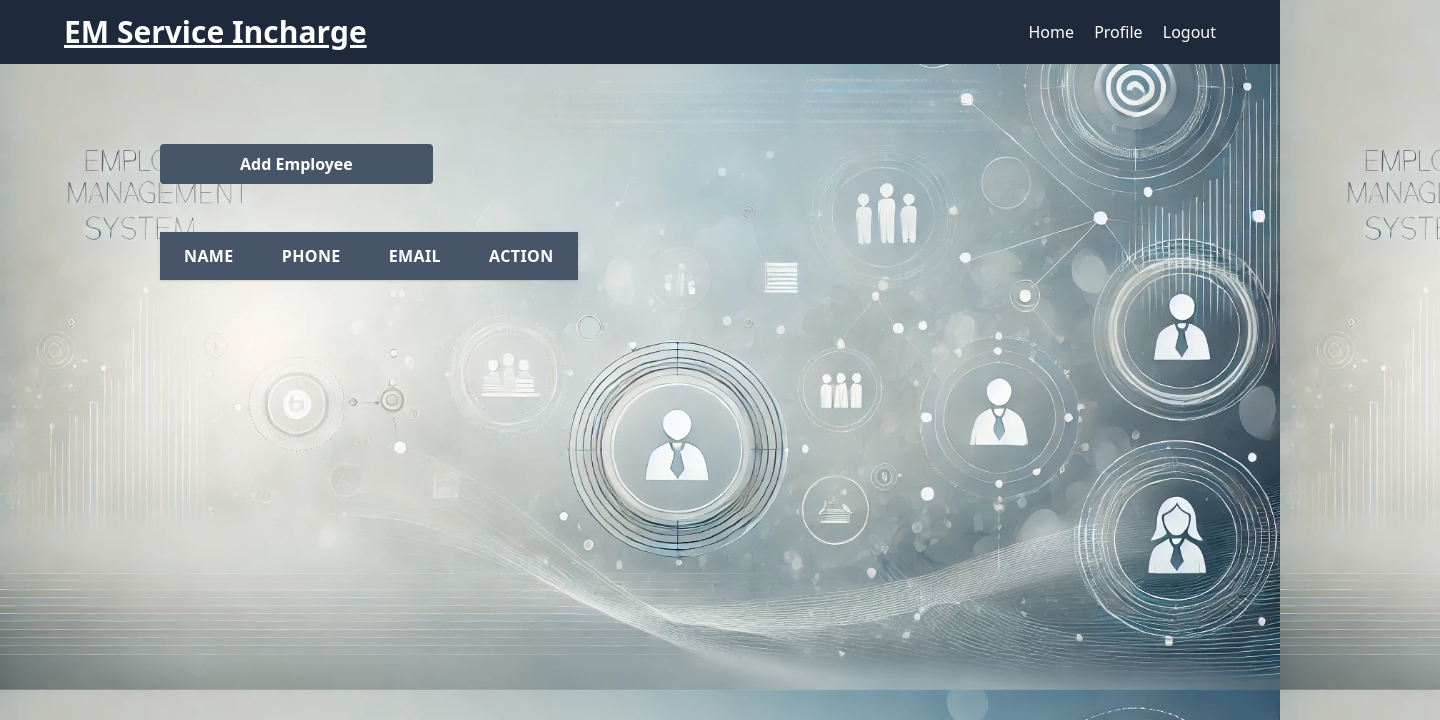
Repository: Vaibhav979/EmployeeManagement-Spring
Page: / (app in em-project-view/)
The author's editor kept a copy of each file at every save. The page is drawn from the files as they stood at one save, then again after the next save.
The browser window is 1280 px wide. The page is 1440 px wide, so the pictures cover 1440 px, including what lies to the right of the window. The pictures show the whole page.
The page's requests for data from a server got no answer. The project was rebuilt for these pictures with package versions that can differ from the ones it lists, and the page was loaded fresh each time. No one was signed in, and anything a server would have sent is missing. Also part of the build but not shown: em-project-view/vite.config.js, em-project-view/src/components/AddEmployee.jsx.

Above is the page before, as saved 2025-01-03 23:37:24.

After the next save:
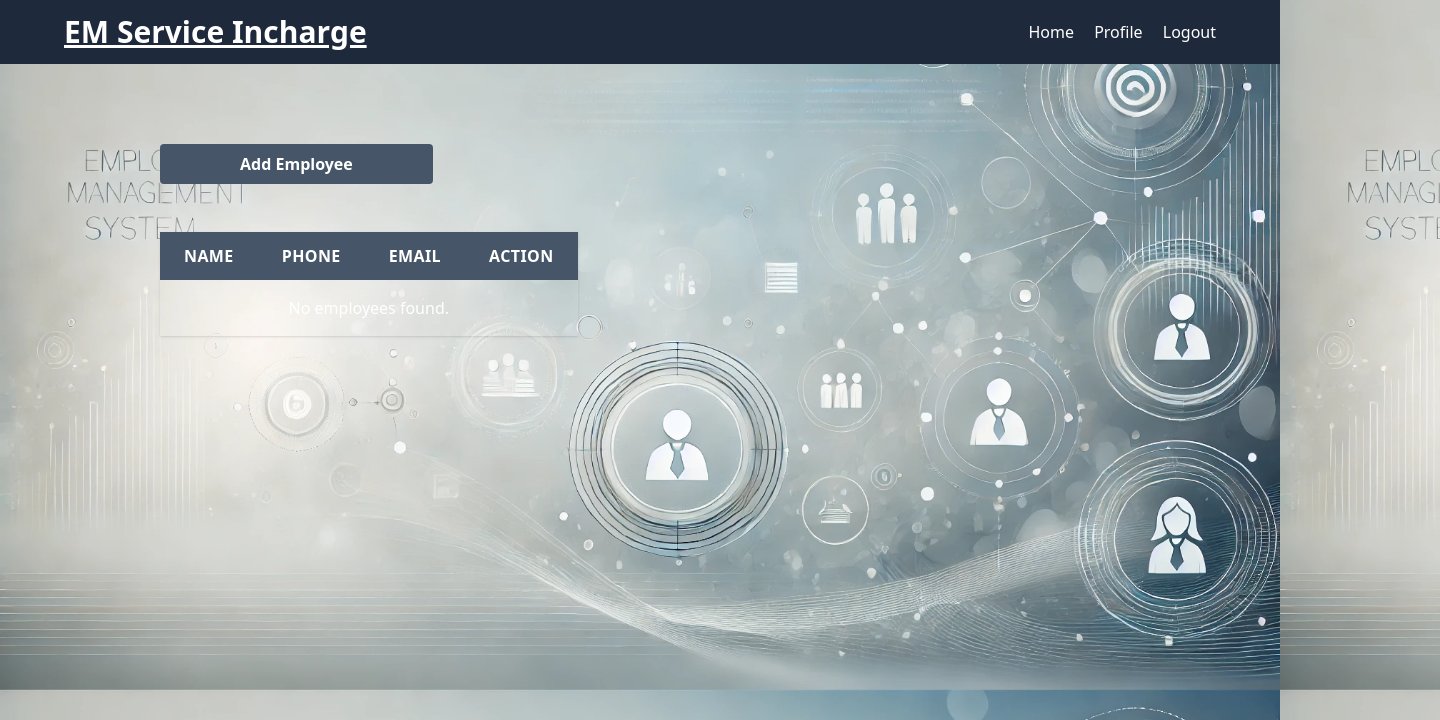
Saved 58 s later.
--- a/em-project-view/src/components/EmployeeList.jsx
+++ b/em-project-view/src/components/EmployeeList.jsx
@@ -38,10 +38,10 @@ const EmployeeList = () => {
             <th className="px-6 py-3 uppercase tracking-wide"> Email </th>
             <th className="px-6 py-3 uppercase tracking-wide"> Action </th>
           </thead>
-          {!loading && (
+          {!loading && employees.length > 0 ? (
             <tbody>
               {employees.map((employee) => (
-                <tr className="hover:bg-white hover:text-black">
+                <tr key={employee.id} className="hover:bg-white hover:text-black">
                   <td className="text-left px-6 py-4 whitespace-nowrap">
                     {employee.name}
                   </td>
@@ -52,11 +52,19 @@ const EmployeeList = () => {
                     {employee.email}
                   </td>
                   <td className="text-left px-6 py-4 whitespace-nowrap">
-                    <a href=""> Edit📝 </a>
-                    <a href=""> Delete🗑️ </a>
+                    <a href="#"> Edit📝 </a>
+                    <a href="#"> Delete🗑️ </a>
                   </td>
                 </tr>
               ))}
+            </tbody>
+          ) : (
+            <tbody>
+              <tr>
+                <td colSpan="4" className="text-center py-4">
+                  {loading ? "Loading..." : "No employees found."}
+                </td>
+              </tr>
             </tbody>
           )}
         </table>
